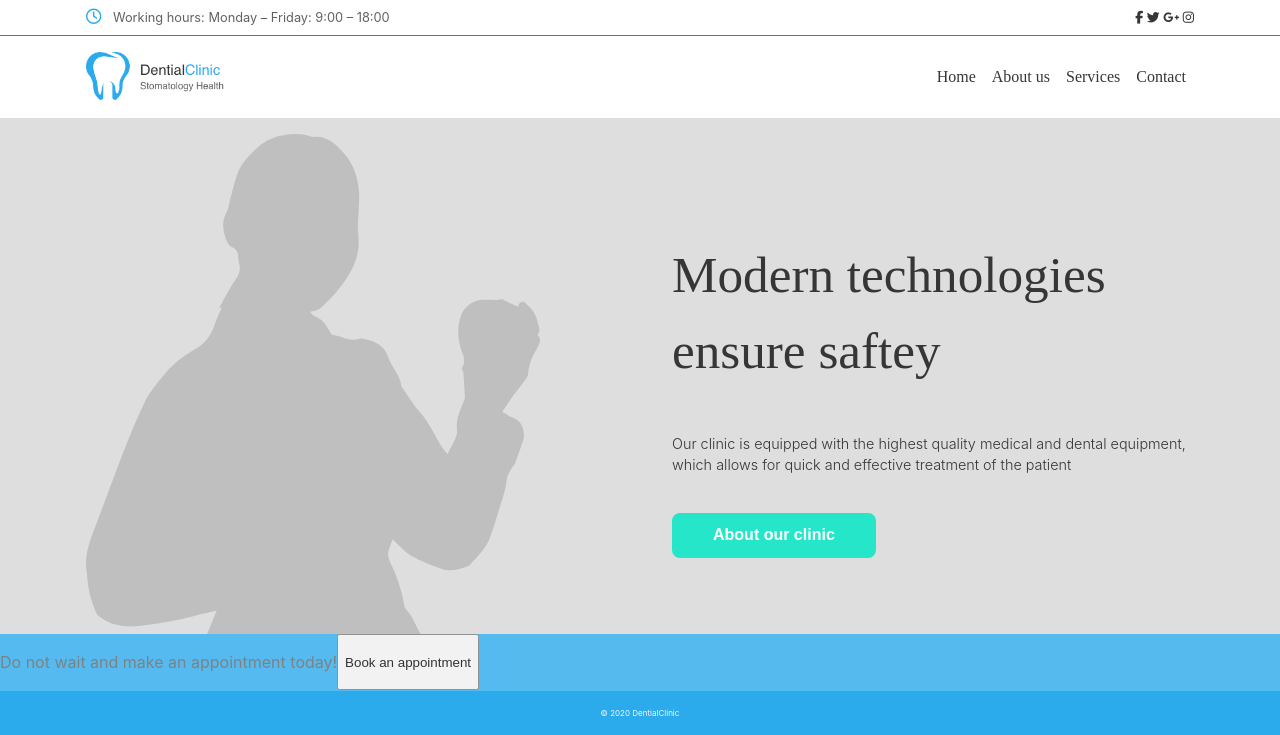
Repository: skepp4rn/uppgift1
Page: index.html
These files come from the project's save history. The page is drawn as it stood at one moment and after the next save; the edit follows.
The browser window is 1280 px wide. The pictures show the whole page.
Some web libraries are served in a nearby version.

Above is the page before, as saved 2020-12-03 14:17:49.

### index.html
<!DOCTYPE html>
<html lang="en">
<head>
    <meta charset="UTF-8">
    <meta name="viewport" content="width=device-width, initial-scale=1.0">
    <title>Document</title>

    <script src="https://kit.fontawesome.com/0abbda2fd3.js" crossorigin="anonymous"></script>
    <link rel="stylesheet" href="style.css">
</head>
<body>

    <nav class="navbar-top collapse">
        <div class="container">
            <div class="hours">
                <i class="far fa-clock"></i>
                Working hours: Monday – Friday: 9:00 – 18:00
            </div>
            <div class="#">
                <a href="#"><i class="fab fa-facebook-f"></i></a>
                <a href="#"><i class="fab fa-twitter"></i></a>
                <a href="#"><i class="fab fa-google-plus-g"></i></a>
                <a href="#"><i class="fab fa-instagram"></i></a>
            </div>
        </div>
    </nav>

    <nav class="navbar ">
        <div class="container">
            <a class="navbar-brand" href="#" >
                <img src="images/Logo.png" alt="">
            </a>
            <button class="navbar-toggler">
                <i class="fas fa-bars"></i>
            </button>
            <div class="collapse navbar-collapse">
                <div class="navbar-nav">
                    <a class="nav-link" href="#">Home</a>
                    <a class="nav-link" href="#">About us</a>
                    <a class="nav-link" href="#">Services</a>
                    <a class="nav-link" href="#">Contact</a>
                </div>
            </div>
        </div>
    </nav>

    <section id="showcase" class="bg-gray">
        <div class="container">
            <img src="images/placehold-girl.svg" alt="">
            <div class="content-box">
                <div class="content">
                    <h1>Modern technologies ensure saftey</h1>
                    <p>Our clinic is equipped with the highest quality medical and dental equipment, which allows for quick and effective treatment of the patient</p>
                    <button class="btn btn-green">About our clinic</button>
                </div>
            </div>
        </div>
    </section>












   <div class="grid">
        <section id="appointment bg-gray">
            <div class="bg-blue overlay">
                <div class="center-content">
                    <p>Do not wait and make an appointment today!</p>
                    <button>Book an appointment</button>
                </div>
            </div>
        </section>
        <footer class="d-flex justify-content-center bg-blue">
            <p>© 2020 DentialClinic</p>
        </footer>
    </div>

</body>
</html>

### style.css
* {
    box-sizing: border-box;
}

html, body {
    font-weight: 400;
    font-family: -apple-system, BlinkMacSystemFont, 'Segoe UI', Roboto, Oxygen, Ubuntu, Cantarell, 'Open Sans', 'Helvetica Neue', sans-serif;
    line-height: 1.5;
    font-size: 16px;
    margin: 0;
    padding: 0;
    color: #626262;
}

.border {
    border: 1px solid black;
}

a {
    color: #363636;
    text-decoration: none;
    background-color: transparent;
}

a:hover {
    color: #25E6C8;
}

.bg-dark {
   background: #333333;
   color: #ffffff;
}

.bg-light {
    background: #f7f7f7;
    color: #333333;
}

.bg-gray {
    background-color: #DEDEDE;

}



.btn {
    display: inline-block;
    font-weight: 400;
    text-align: center;
    vertical-align: middle;
    padding: 0.80rem 2.5rem;
    border-radius: 0.5rem;
    border: 1px solid transparent;
    background-color: transparent;
    font-size: 1rem;

}

.btn-green {
    color: #ffffff;
    background-color: #25E6C8;
    font-weight: bold;
    margin-top: 1.4rem;


}

.btn-green:hover {
    cursor: pointer;
    background-color: #2BAAEC;
}



.collapse:not(.show) {
    display: none;
}

.container {
    width: 100%;
    padding: 0 1rem;
    margin: 0 auto;
}

.navbar-top {
    border-bottom: 1px solid #707070;
}

.navbar, .navbar-top {
    display: flex;
    justify-content: space-between;
    padding: 0.5rem 1rem;
}

.navbar .container, .navbar-top .container {
    display: flex;
    justify-content: space-between;
    align-items: center;
}

.navbar-top .container {
    font-size: 0.8rem;
}

.navbar-top .container .hours {
    color:#626262;
}

.navbar-top .container .hours i {
    color: #2BAAEC;
    margin-right: 0.5rem;
    font-size: 1.2em;
}

.navbar-top .container .socialmedia a {
    margin: 0 0.5rem;

}

.navbar-brand {
    display: inline-block;
    font-size: 1.5rem;
    color: black;
    margin-right: 1rem;
}

.navbar-brand img {
    height: 3rem;
    margin-top: 0.5rem;
}


.navbar-toggler {
    font-size: 2.5rem;
    color:#2BAAEC;
    background-color: transparent;
    border: 1px solid transparent;
}

.navbar-collapse {
    align-items: center;
}

.navbar-nav {
    display: flex;
    flex-direction: column;
    font-family: 'Roboto Slab', serif;

}

.nav-link {
    padding: 0;
    text-decoration: none;
}



#showcase .container {
    display: grid;
    grid-template-columns: 1fr 1fr;
    column-gap: 4rem;

    align-items: center;
}

#showcase .container img {
    height: 500px;
    margin-top: 1rem;


}

#showcase .container .content-box {
    align-self: center;
    color: #363636;
    font-weight: 300;
}

.content-box .content h1 {
    font-size: 3.2rem;
    font-family: 'Roboto Slab', serif;
    font-weight: 300;

}

.content-box .content p {
    font-size: 0.9rem;
}




.d-flex {
    display: flex;
}

.justify-content-center {
    justify-content: center;
}

#appointment {
    background-color: #DEDEDE;
}

.overlay {
    opacity: 80%;
    background-color: #2BAAEC;
}

.center-content {
    display: block;
    text-align: center;
}


footer {
    border-top: 1px solid rgb(255, 255, 255, 0.2);
    background-color: #2BAAEC;
    color: #f3fbff;
    text-align: center;
    padding: 0.5rem 0rem;
    font-size: 0.5rem;
}


@media (min-width: 768px) {
    .center-content {
        display: flex
    }
}









@media (min-width: 768px) {
    .nav-link {
        padding-right: 0.5rem;
        padding-left: 0.5rem;
    }

    .navbar-nav {
        flex-direction: row;
    }

    .navbar-toggler {
        display: none;
    }

    .collapse:not(.show) {
        display: flex;
    }

    .container {
        max-width: 720px;
    }

}

@media (min-width: 992px) {
    .container {
        max-width: 960px;
    }
}

@media (min-width: 1200px) {
    .container {
        max-width: 1140px;
    }
}

After the next save:
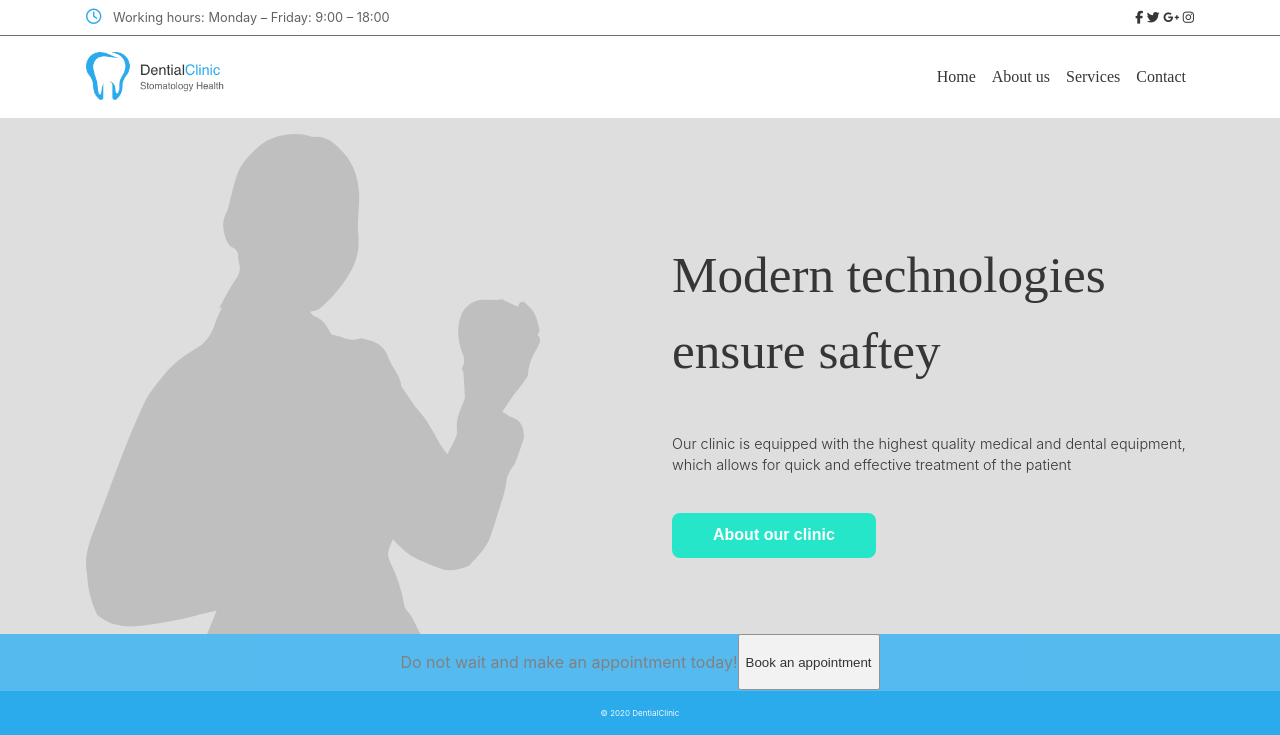
Saved 29 s later.
--- a/style.css
+++ b/style.css
@@ -225,7 +225,8 @@ footer {
 
 @media (min-width: 768px) {
     .center-content {
-        display: flex
+        display: flex;
+        justify-content: center;
     }
 }
 
